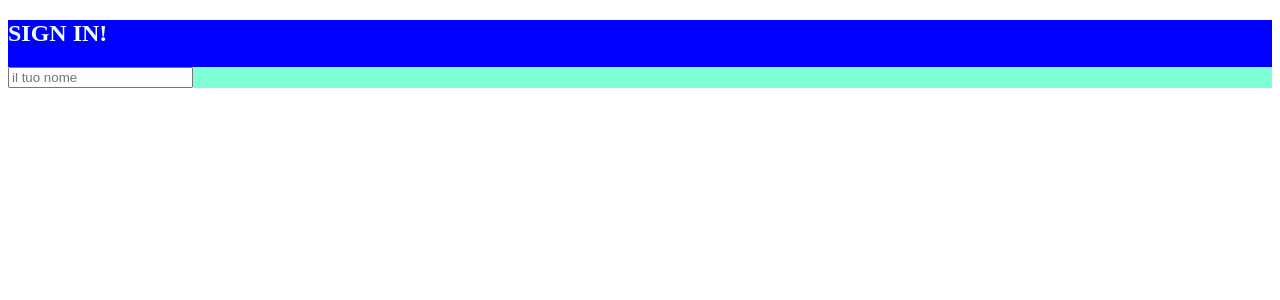
Repository: daniells-21/Pre-Corso-Ch2
Page: Pre-Corso-Epicode/registrazione.html
An editor plug-in stored every save of this project. The page is shown before and after the next save, followed by the edit.
The browser window is 1280 px wide. The pictures show the whole page.

Above is the page before, as saved 2023-04-13 11:35:29.

After the next save:
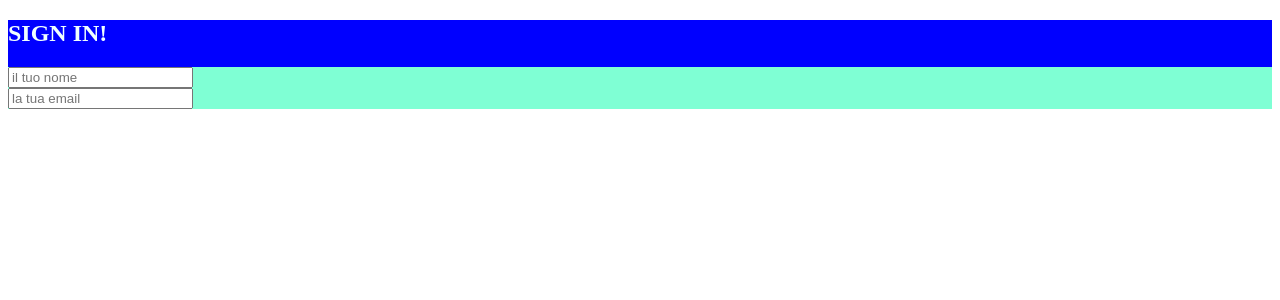
Saved 3 min 8 s later.
--- a/Pre-Corso-Epicode/registrazione.html
+++ b/Pre-Corso-Epicode/registrazione.html
@@ -14,6 +14,9 @@
         <div>
             <input style="text" placeholder="il tuo nome"/>
         </div>
+        <div>
+            <input style="email" placeholder="la tua email"/>
+        </div>
     </div>
 
 </body>
